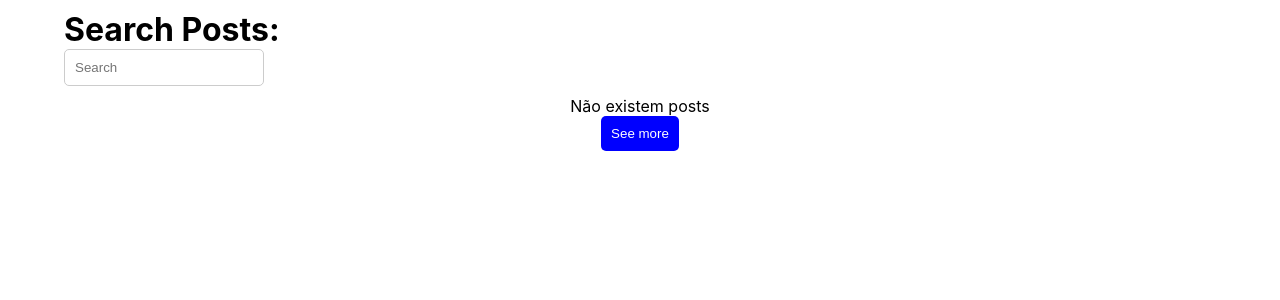
Repository: GiovanaBragio/ReactCourse
Page: / (app in project-1/)
An editor plug-in stored every save of this project. The page is shown before and after the next save, followed by the edit.
The browser window is 1280 px wide. The pictures show the whole page.
The page's requests for data from a server got no answer. The project was rebuilt for these pictures with package versions that can differ from the ones it lists, and the page was loaded fresh each time. No one was signed in, and anything a server would have sent is missing. Also part of the build but not shown: project-1/src/components/PostCard/PostCard.styles.css, project-1/src/components/PostCard/PostCard.tsx, project-1/src/components/Post/Post.tsx.

Above is the page before, as saved 2025-02-05 16:31:36.

After the next save:
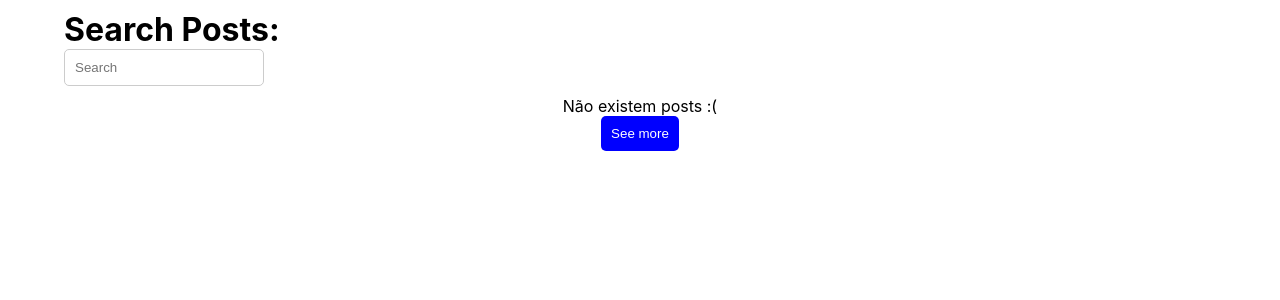
Saved 12 s later.
--- a/project-1/src/templates/Home/Home.tsx
+++ b/project-1/src/templates/Home/Home.tsx
@@ -46,7 +46,7 @@ function Home() {
           value={search}
           onChange={(event: React.ChangeEvent<HTMLInputElement>) => setSearch(event.target.value)} />
       </div>
-      {filterPosts.length ? <Post posts={filterPosts} nextPosts={nextPosts} /> : <p>Não existem posts</p>}
+      {filterPosts.length ? <Post posts={filterPosts} nextPosts={nextPosts} /> : <p>Não existem posts :(</p>}
       {!search && (
         <Button
           text={'See more'}
